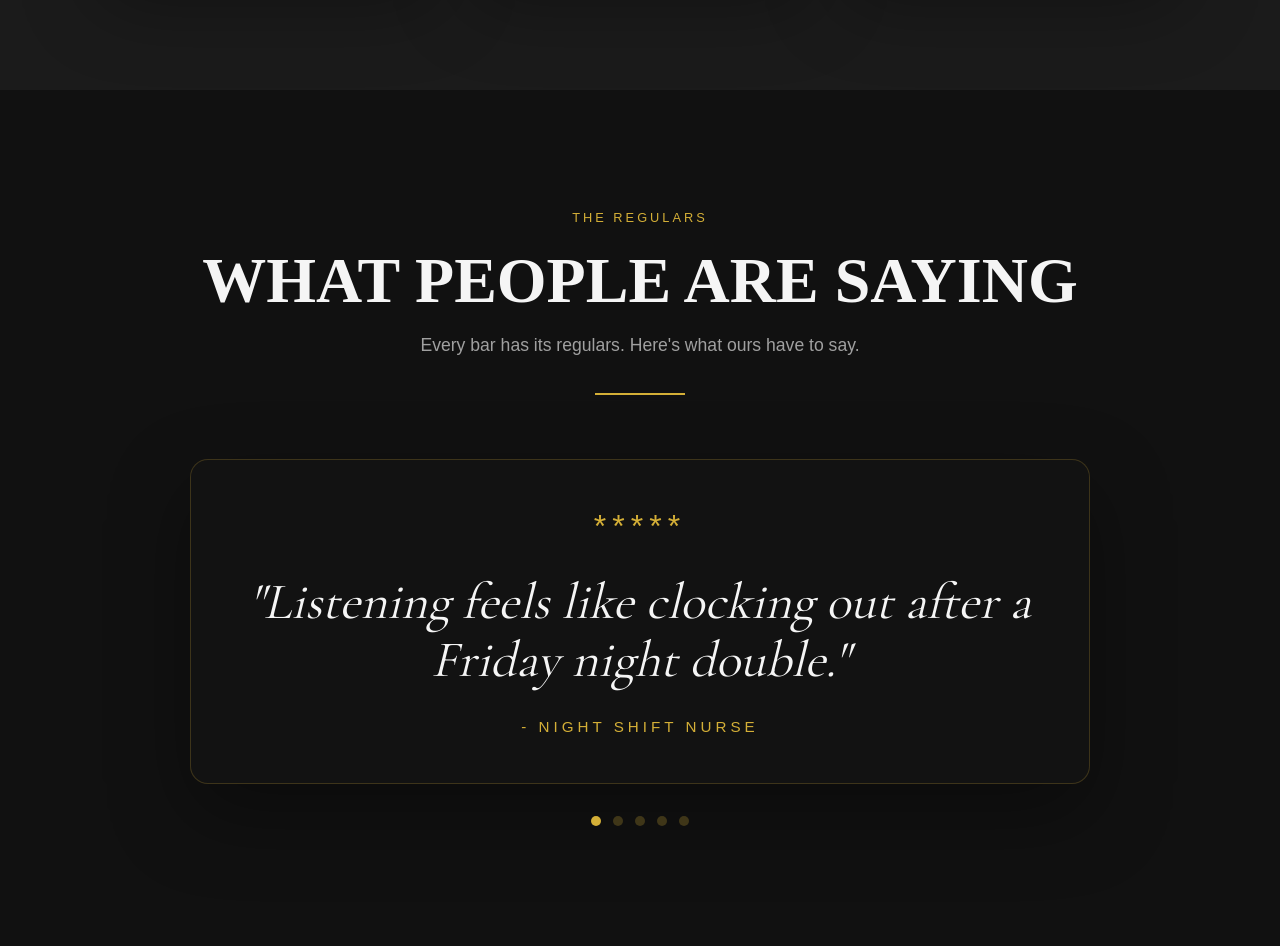
Repository: Gage-Codes/BarRot
Page: css/index.html
These files come from the project's save history. The page is drawn as it stood at one moment and after the next save; the edit follows.
The browser window is 1280 px wide. The pictures show the part of the page from y = 4413 to 5365 px (the page is 5359 px tall before and 5365 px after).

Above is the page before, as saved 2026-07-04 23:59:18.

After the next save:
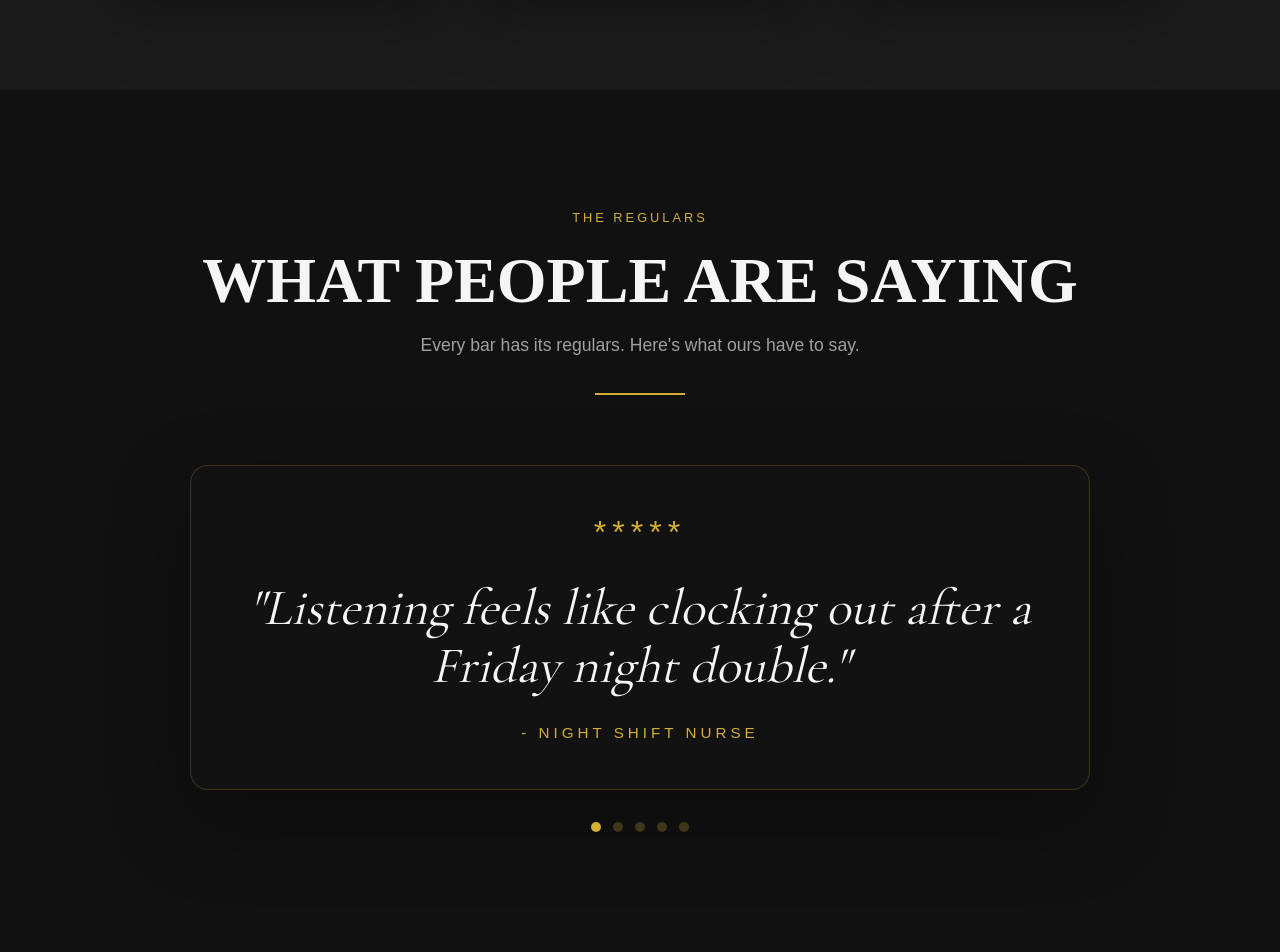
Saved 33 s later.
--- a/css/style.css
+++ b/css/style.css
@@ -532,7 +532,7 @@
     margin: 0 auto 32px;
 }
 #reviews .section-divider {
-    margin: 0 auto 64px;
+    margin: 0 auto 70px;
 }
 .review-card {
     max-width: 900px;
